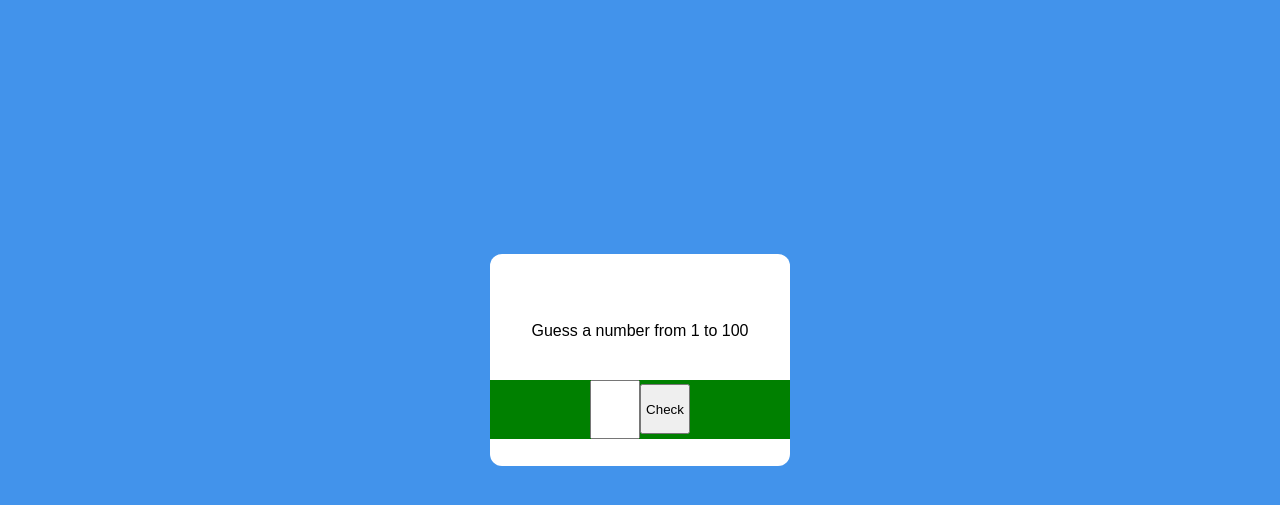
Repository: Ankitkr2021/Guess_Game
Page: index.html
The author's editor kept a copy of each file at every save. The page is drawn from the files as they stood at one save, then again after the next save.
The browser window is 1280 px wide. The pictures show the whole page.

Above is the page before, as saved 2025-09-30 17:44:05.

### index.html
<!DOCTYPE html>
<html lang="en">
<head>
    <meta charset="UTF-8">
    <meta name="viewport" content="width=device-width, initial-scale=1.0">
    <title>Document</title>
    <link rel="stylesheet" href="./style.css">
</head>
<body>
    <div class="box">
        <p>Guess a number from 1 to 100</p>
        <div class="same-line">
        <input type="number">
        <button type="submit">Check</button>
        </div>
    </div>
</body>
</html>

### style.css
@import url("https://fonts.googleapis.com/css2?family=Poppins:wght@300;400;500;600;700&display=swap">
);

*{
    margin: 0;
    padding: 0;
    box-sizing: border-box;
    font-family: 'Poppins',sans-serif;
}

body{
    display: flex;
    justify-content: center;
    align-items: center;
    height: 100vh;
    width: 100%;
    background: #4293eb;
}

.box{
    background: #fff;
    height: 212px;
    width: 300px;
    border-radius: 12px;
    display: flex;
    flex-direction: column;
    align-items: center;
    justify-content: center;
}

p{
    padding: 40px 20px;
}

.same-line {
    background: green;
    width: 100%;
    display: flex;
    align-items: center;
    justify-content: center;
    padding: 0 20px;
}

input{
    padding: 20px;
    width: 50px;
}

button{
    height: 50px;
    width: 50px;
}

After the next save:
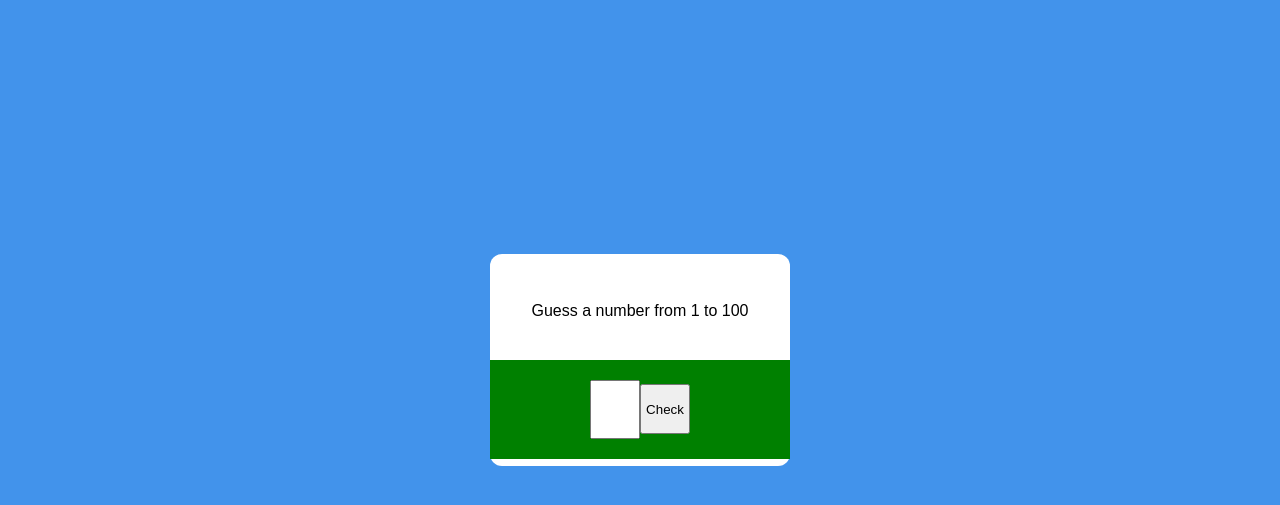
Saved 7 s later.
--- a/style.css
+++ b/style.css
@@ -38,7 +38,7 @@
     display: flex;
     align-items: center;
     justify-content: center;
-    padding: 0 20px;
+    padding: 20px;
 }
 
 input{

After the save that followed:
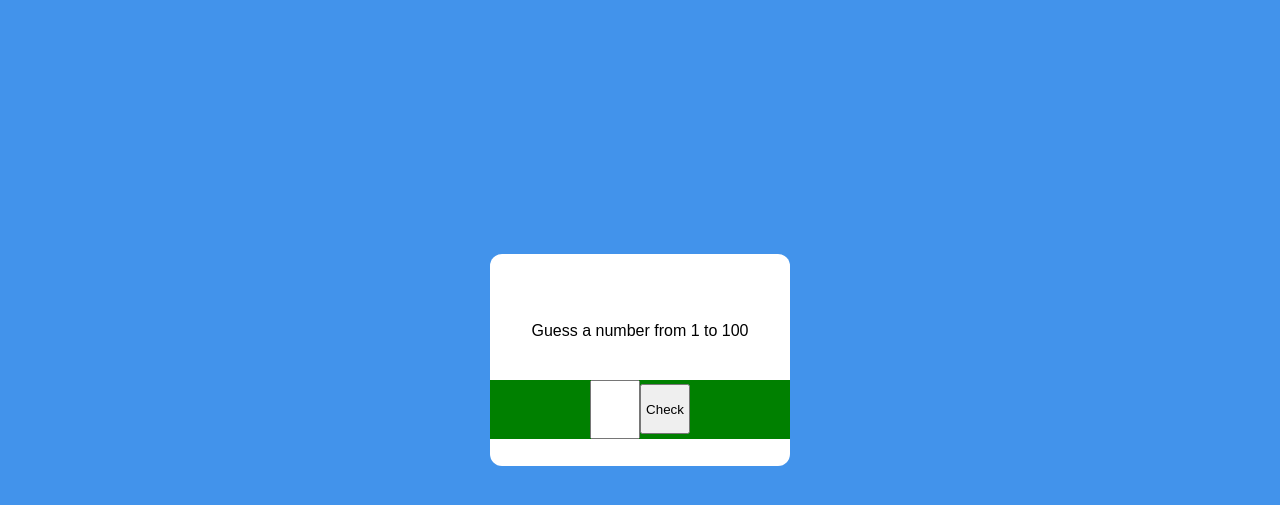
Saved 4 s later.
--- a/style.css
+++ b/style.css
@@ -38,7 +38,7 @@
     display: flex;
     align-items: center;
     justify-content: center;
-    padding: 20px;
+    padding: 0 10px;
 }
 
 input{
